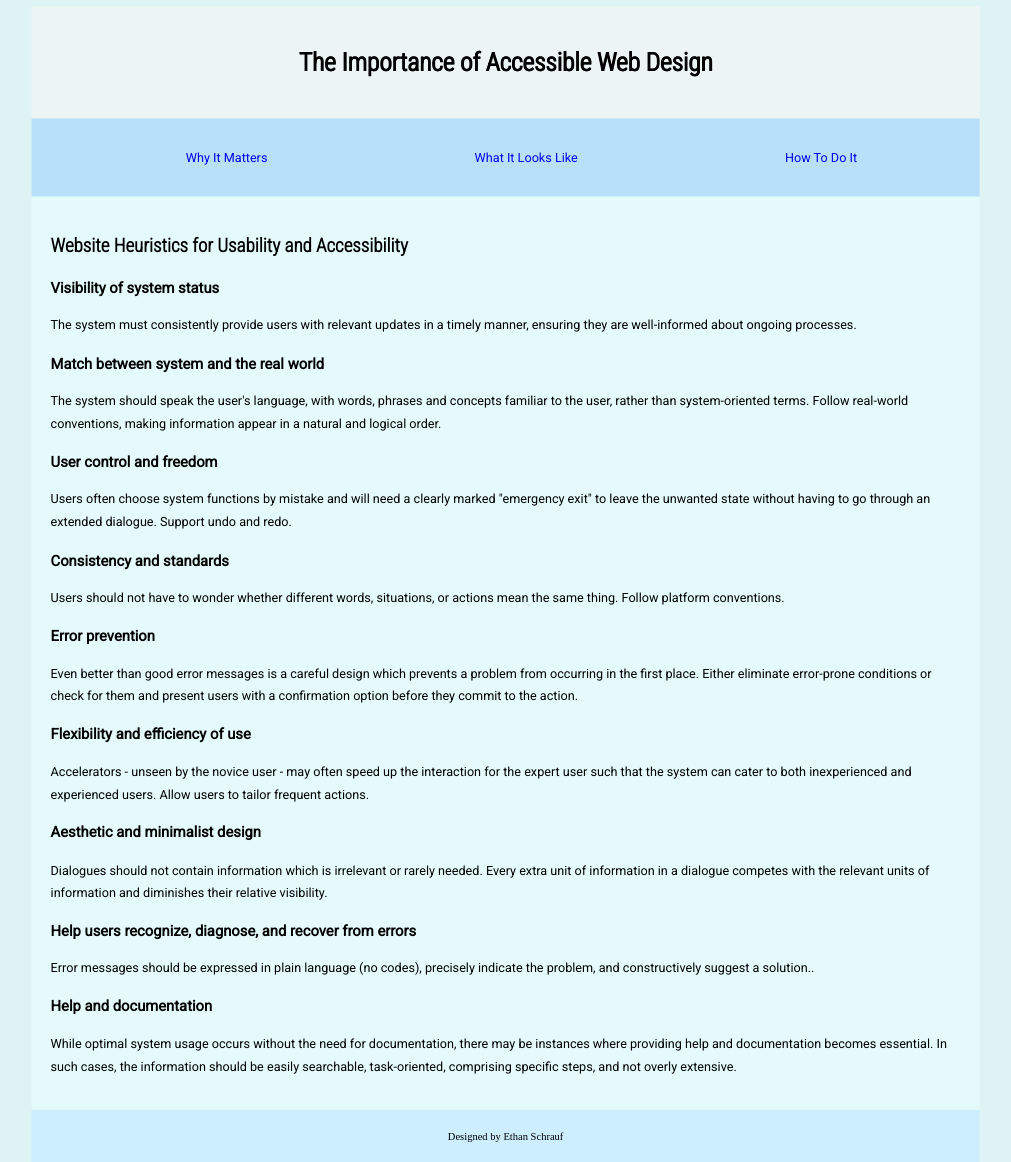
Repository: ethan-schrauf/UniversalDesignWebsite
Page: Final-Project/what.html
These files come from the project's save history. The page is drawn as it stood at one moment and after the next save; the edit follows.
The browser window is 1280 px wide. The pictures show the whole page, at 79% of full size.

Above is the page before, as saved 2023-11-25 03:41:20.

### Final-Project/what.html

<!DOCTYPE html>

<html lang="en">
<head>
  <meta charset="UTF-8">
  <meta name="viewport" content="width=device-width, initial-scale=1.0">
  <meta http-equiv="X-UA-Compatible" content="ie=edge">
  <title>Why Accessibility Matters</title>
  <link href="what.css" rel="stylesheet">
</head>
<body>
    <a href="#main-content" class="skip-link">Skip to main content</a>
<div class="container">
  <header>
    <h1>The Importance of Accessible Web Design</h1>
  </header>
  <nav>
    <h2 class="sr-only">Main Navigation</h2>
    <ul>
      <li><a href="why.html">Why It Matters</a></li>
      <li><a href="what.html">What It Looks Like</a></li>
      <li><a href="how.html">How To Do It</a></li>
    </ul>
  </nav>
  <main id="main-content" class="mainy">
    <section>
      <h2 id="What-It-Looks-Like">Website Heuristics for Usability and Accessibility</h2>
      <h3>Visibility of system status</h3>
      <p>The system must consistently provide users with relevant updates in a timely manner, ensuring they are well-informed about ongoing processes.</p>
      <h3>Match between system and the real world</h3>
      <p>The system should speak the user's language, with words, phrases and concepts familiar to the user, rather than system-oriented terms. Follow real-world conventions, making information appear in a natural and logical order.</p>
      <h3>User control and freedom</h3>
      <p>Users often choose system functions by mistake and will need a clearly marked "emergency exit" to leave the unwanted state without having to go through an extended dialogue. Support undo and redo.</p>
      <h3>Consistency and standards</h3>
      <p>Users should not have to wonder whether different words, situations, or actions mean the same thing. Follow platform conventions.</p>
      <h3>Error prevention</h3>
      <p>Even better than good error messages is a careful design which prevents a problem from occurring in the first place. Either eliminate error-prone conditions or check for them and present users with a confirmation option before they commit to the action.</p>
      <h3>Flexibility and efficiency of use</h3>
      <p>Accelerators - unseen by the novice user - may often speed up the interaction for the expert user such that the system can cater to both inexperienced and experienced users. Allow users to tailor frequent actions.</p>
      <h3>Aesthetic and minimalist design</h3>
      <p>Dialogues should not contain information which is irrelevant or rarely needed. Every extra unit of information in a dialogue competes with the relevant units of information and diminishes their relative visibility.</p>
      <h3>Help users recognize, diagnose, and recover from errors</h3>
      <p>Error messages should be expressed in plain language (no codes), precisely indicate the problem, and constructively suggest a solution..</p>
      <h3>Help and documentation</h3>
      <p>While optimal system usage occurs without the need for documentation, there may be instances where providing help and documentation becomes essential. In such cases, the information should be easily searchable, task-oriented, comprising specific steps, and not overly extensive.</p>

    </section>
  </main>
<footer>
    <small> Designed by Ethan Schrauf</small>
  </footer>

</div> <!-- end container -->
</body>
</html>

### Final-Project/what.css
@import url('https://fonts.googleapis.com/css2?family=Roboto&display=swap');
@import url('https://fonts.googleapis.com/css2?family=Roboto&family=Roboto+Condensed:wght@300&display=swap');

body {
    background: rgb(222, 243, 244);
}

/* css reset */
::before,
::after {
    box-sizing: border-box;
    padding: 0;
    margin: 0;
}

h1,
h2,
h3 {
    padding: .2em 0;
}
h1 {
  font-family: 'Roboto Condensed', sans-serif;
  text-shadow: 0.5px 0.5px 0.5px black;
}

p {
    margin: 1.0em 0;
    line-height: 1.8em;
}

header,
nav,
main,
aside,
footer {
    padding: 1.5em;
}

header,
footer {
    text-align: center;
}

.container {
    max-width: 1200px;
    margin: 0 auto;
    /* background: rgb(243, 251, 209); */
    display: grid;
    width: 100vw;
    height: 100vh;
    grid-template-columns:
     1fr       1fr;
    grid-template-areas:
    "heady     heady"
    "navvy     navvy"
    "mainy    mainy"
    "mainy    mainy"
    "footy     footy";

  }

  header {grid-area: heady; background:rgb(237, 245, 244);}
nav {grid-area: navvy; background:rgb(184, 224, 248);}
main {grid-area: mainy; background: rgb(229, 250, 250); max-height: 100%;}
#Park-Rules {grid-area: Park-Rules; background: rgb(214, 236, 245);}
#Colorado-Wildlife {grid-area: Colorado-Wildlife; background: rgb(215, 241, 247);}
footer {grid-area: footy; background: rgb(205, 238, 255);}

nav ul {
    display: flex;
    flex-flow: row nowrap;
    justify-content: space-around;
    }

    nav ul li {
      list-style: none
    }

    @media screen
      and (min-width: 701px)
      and (max-width: 1000px)  {
    .container {
    grid-template-columns:
       1fr 1fr;
    grid-template-areas:
      "heady heady"
      "navvy navvy"
      "mainy mainy"
      "footy footy";
    }
    }

    @media screen
      and (max-width: 700px)  {
    .container {
    grid-template-columns:
       1fr;
    grid-template-areas:
      "heady"
      "navvy"
      "mainy"
      "footy";
    }
    nav ul {
      flex-flow: column nowrap;
      text-align: center;
    }
    nav ul li a {
      display: block;
      padding: 10px 5px;
      margin: 5px;
      background: white;

    }
    }

    p {
        font-family: 'Roboto', sans-serif;
    }

    h3 {
      font-family: 'Roboto', sans-serif;
      font-weight: bold;
    }

    h2,
    h1 {
        font-family: 'Roboto Condensed', sans-serif;
    }

    #park-image {
        width: 300px; /* Set the desired width in pixels */
        height: auto; /* Maintain the aspect ratio */
      }

      .sr-only {
        border: 0;
        clip: rect(0, 0, 0, 0);
        height: 1px;
        margin: -1px;
        overflow: hidden;
        padding: 0;
        position: absolute;
        white-space: nowrap;
        width: 1px;
      }

       a {
      text-decoration: none;
      font-family: 'Roboto', sans-serif;
    }

    .skip-link {
        background: lavender;
        color: black;
        font-weight: 700;
        padding: 4px;
        position: absolute;
        transform: translate(-200%);
        text-decoration: none; /* Remove underline */
        z-index: 9999; /* Ensure it's on top */
      }

      .skip-link:focus {
        transform: translate(0%);
      }

      .skip-link {
        transition: transform 0.5s;
      }

After the next save:
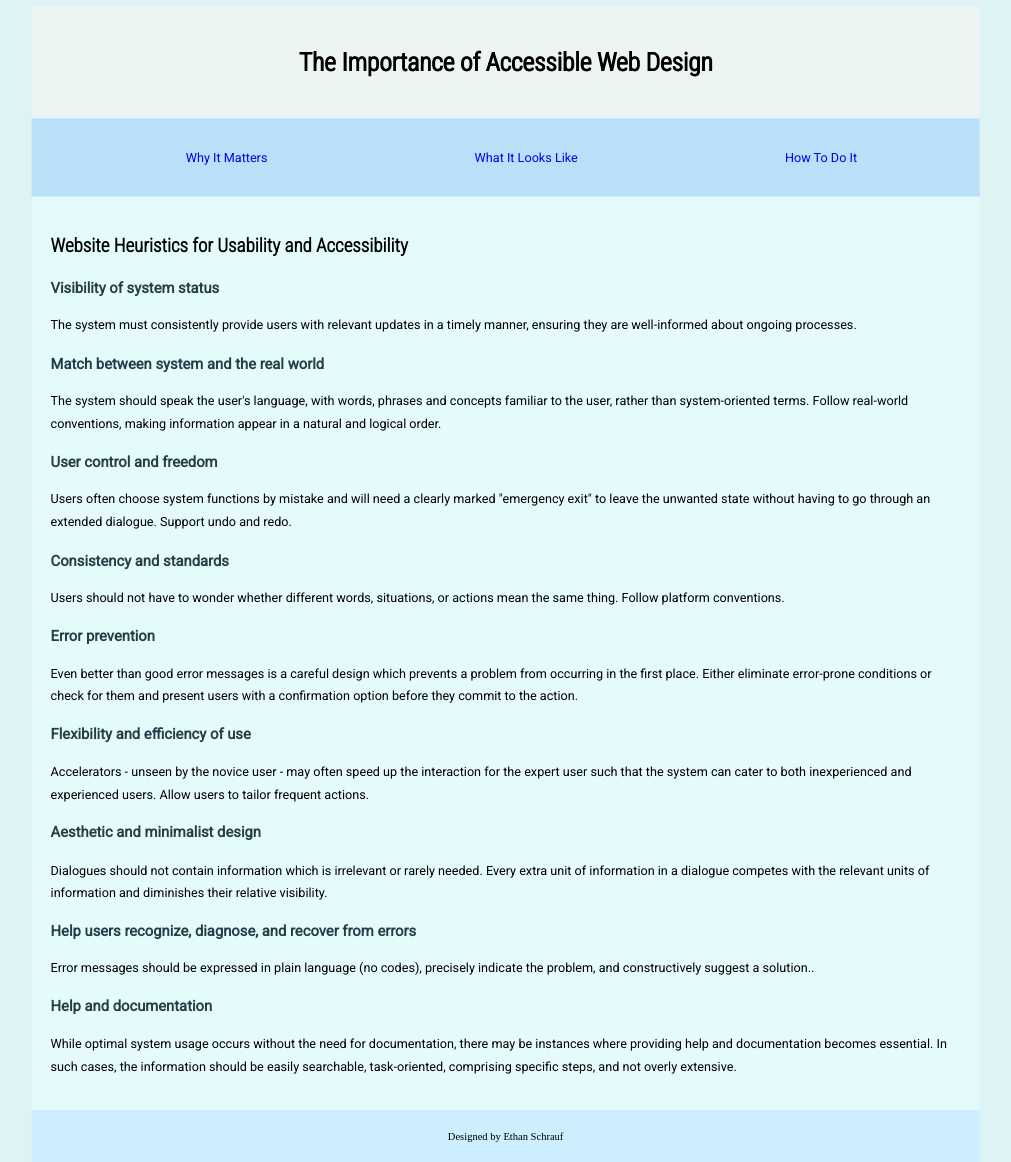
Saved 57 s later.
--- a/Final-Project/what.css
+++ b/Final-Project/what.css
@@ -121,6 +121,7 @@ nav ul {
     h3 {
       font-family: 'Roboto', sans-serif;
       font-weight: bold;
+      color: #223f47;
     }
 
     h2,
